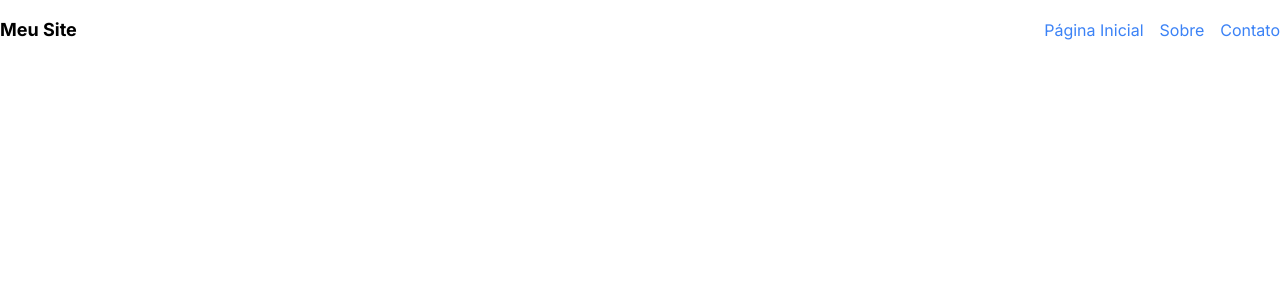
Repository: Deyvid-Kasteh/kasteh_portfolio
Page: /
The author's editor kept a copy of each file at every save. The page is drawn from the files as they stood at one save, then again after a run of saves.
The browser window is 1280 px wide. The pictures show the whole page.
The project was rebuilt for these pictures with package versions that can differ from the ones it lists, and the page was loaded fresh each time. The framework's server and built-in components were replaced by stand-ins that run in the browser. Also part of the build but not shown: next.config.mjs.

Above is the page before, as saved 2024-03-24 01:29:35.

After the next 3 saves:
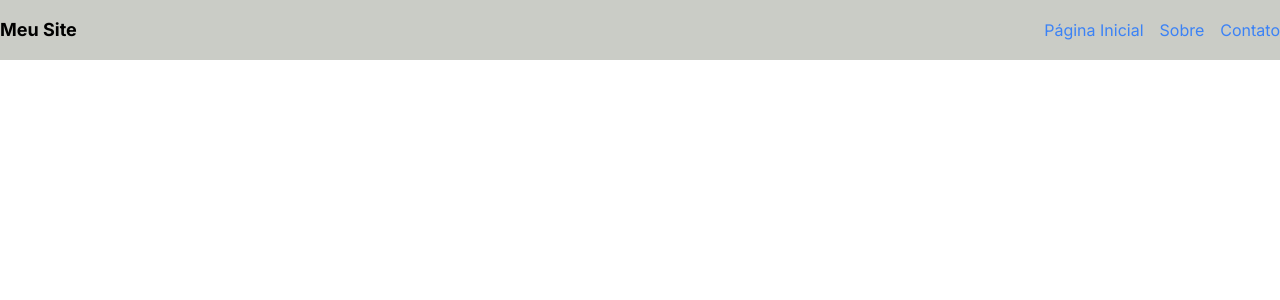
The 3 saves are shown as one change because they came seconds apart.
The last was saved 13 min 51 s later.
--- a/src/app/globals.css
+++ b/src/app/globals.css
@@ -30,6 +30,7 @@ body {
 header {
   display: flex;
   justify-content: center;
+  background-color: #CACCC6;
 }
 
 
